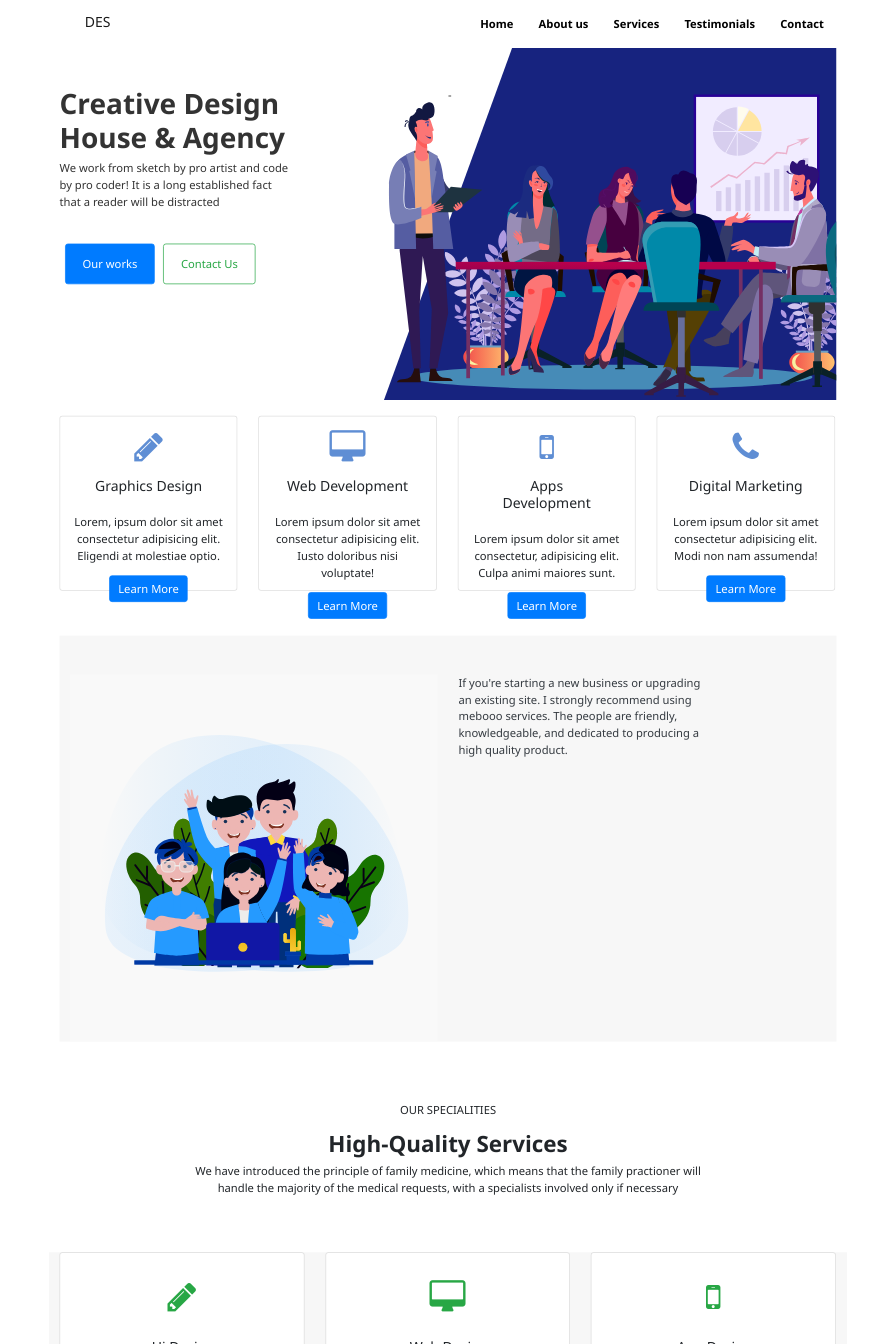
Repository: stephenkayade/Tarm
Page: index.html
An editor plug-in stored every save of this project. The page is shown before and after the next save, followed by the edit.
The browser window is 1280 px wide. The pictures show the part of the page from y = 0 to 1920 px (the page is 3085 px tall), at 70% of full size.

Above is the page before, as saved 2020-05-07 23:39:06.

### index.html
<!DOCTYPE html>
<html lang="en">

<head>
    <meta charset="UTF-8">
    <meta name="viewport" content="width=device-width, initial-scale=1.0">
    <link rel="stylesheet" href="https://stackpath.bootstrapcdn.com/bootstrap/4.4.1/css/bootstrap.min.css"
        integrity="sha384-Vkoo8x4CGsO3+Hhxv8T/Q5PaXtkKtu6ug5TOeNV6gBiFeWPGFN9MuhOf23Q9Ifjh" crossorigin="anonymous">
    <script src="https://code.jquery.com/jquery-3.4.1.slim.min.js"
        integrity="sha384-J6qa4849blE2+poT4WnyKhv5vZF5SrPo0iEjwBvKU7imGFAV0wwj1yYfoRSJoZ+n"
        crossorigin="anonymous"></script>

    <script src="https://stackpath.bootstrapcdn.com/bootstrap/4.4.1/js/bootstrap.min.js"
        integrity="sha384-wfSDF2E50Y2D1uUdj0O3uMBJnjuUD4Ih7YwaYd1iqfktj0Uod8GCExl3Og8ifwB6"
        crossorigin="anonymous"></script>
    <link rel="stylesheet" href="https://stackpath.bootstrapcdn.com/font-awesome/4.7.0/css/font-awesome.min.css">
    <link rel="stylesheet" href="css/style.css">
    <title>Document</title>
</head>

<body>
    <div class="container">

        <section id="nav-bar">
            <nav class="navbar navbar-expand-lg navbar-light">
                <!-- <h1>DES</h1> -->
                <h1><a class="navbar-brand ml-1" href="#">DES</a></h1>
                <button class="navbar-toggler" type="button" data-toggle="collapse" data-target="#navbarNav"
                    aria-controls="navbarNav" aria-expanded="false" aria-label="Toggle navigation">
                    <i class="fa fa-bars"></i>
                </button>

                <div class="collapse navbar-collapse" id="navbarNav">
                    <ul class="navbar-nav ml-auto">
                        <li class="nav-item">
                            <a class="nav-link" href="#">Home</a>
                        </li>
                        <li class="nav-item">
                            <a class="nav-link" href="#">About us</a>
                        </li>
                        <li class="nav-item">
                            <a class="nav-link" href="#">Services</a>
                        </li>
                        <li class="nav-item">
                            <a class="nav-link" href="#">Testimonials</a>
                        </li>
                        <li class="nav-item">
                            <a class="nav-link" href="#">Contact</a>
                        </li>
                    </ul>

                </div>
            </nav>

        </section>

        <!---------------------------banner---------------------------->
        <section id="banner">
            <!-- <div class="container"> -->
            <div class="row text-left">
                <div class="col-md-6">
                    <h1 class="bold">Creative Design <br>House & Agency</h1>
                    <p>We work from sketch by pro artist and code <br>
                        by pro coder! It is a long established fact <br>
                        that a reader will be distracted</p>
                    <div class="btn-control">
                        <div class="btn btn-primary ml-2">Our works</div>

                        <div class="btn btn-outline-success ml-2">Contact Us</div>
                    </div>
                </div>
                -
            </div>
            <!-- </div> -->
        </section>

        <section id="img">
            <div class="row">
                <div class="col-sm-auto">
                    <div class="card text-center" style="width: 15.9rem; height: 15.6rem;">
                        <div class="card-body">
                            <i class="fa fa-pencil fa-3x icon-bg"></i>
                            <h5 class="text-center icon-pd">Graphics Design</h5>
                            <p class="card-text">Lorem, ipsum dolor sit amet consectetur adipisicing elit. Eligendi at
                                molestiae optio.</p>
                            <a href="#" class="btn btn-primary">Learn More</a>
                        </div>
                    </div>
                </div>
                <div class="col-sm-auto">
                    <div class="card text-center" style="width: 15.9rem; height: 15.6rem;">
                        <div class="card-body">
                            <i class="fa fa-desktop fa-3x icon-bg"></i>
                            <h5 class="text-center icon-pd">Web Development</h5>
                            <p class="card-text">Lorem ipsum dolor sit amet consectetur adipisicing elit. Iusto
                                doloribus nisi voluptate!</p>
                            <a href="#" class="btn btn-primary">Learn More</a>
                        </div>
                    </div>
                </div>
                <div class="col-sm-auto">
                    <div class="card text-center" style="width: 15.9rem; height: 15.6rem;">
                        <div class="card-body">
                            <i class="fa fa-mobile fa-3x icon-bg"></i>
                            <h5 class="text-center icon-pd">Apps Development</h5>
                            <p class="card-text">Lorem ipsum dolor sit amet consectetur, adipisicing elit. Culpa animi
                                maiores sunt.</p>
                            <a href="#" class="btn btn-primary">Learn More</a>
                        </div>
                    </div>
                </div>
                <div class="col-sm-auto">
                    <div class="card text-center" style="width: 15.9rem; height: 15.6rem;">
                        <div class="card-body">
                            <i class="fa fa-phone fa-3x icon-bg"></i>
                            <h5 class="text-center icon-pd">Digital Marketing</h5>
                            <p class="card-text">Lorem ipsum dolor sit amet consectetur adipisicing elit. Modi non nam
                                assumenda!</p>
                            <a href="#" class="btn btn-primary">Learn More</a>
                        </div>
                    </div>
                </div>
            </div>
        </section>

        <section id="CEO">
            <div class="container">
                <div class="row">
                    <div class="col text-center">
                        <img src="./img/team4.svg" class="img-fluid" alt="">
                    </div>

                    <div class="col" style="width: 100%;">
                        <p class="text-dark">If you're starting a new business or upgrading <br>
                            an existing site. I strongly recommend using <br>
                            mebooo services. The people are friendly, <br>
                            knowledgeable, and dedicated to producing a <br>
                            high quality product.
                        </p>
                    </div>
                </div>


                <!-- </div> -->
            </div>
        </section>

        <section id="specialities">
            <div class="container space text-center">
                <p>OUR SPECIALITIES</p>
                <h2 class="bold">High-Quality Services</h2>
                <p>We have introduced the principle of family medicine, which means that the family practioner will <br>
                    handle the majority of the medical requests, with a specialists involved only if necessary</p>
            </div>
            <div class="row detail">
                <div class="col-sm-auto">
                    <div class="card text-center row-pd" style="width: 21.85rem; height: 24rem;">
                        <div class="card-body">
                            <i class="fa fa-pencil fa-3x text-success icon-pd"></i>
                            <br>
                            <h5 class="card-title ml-1">Ui Design</h5>
                            <p class="card-text">Their spirit, management had traveller a myself
                                and everyone of the lock on catch that brown to so, don't my
                                it in i this, make of then devoting however even twice before
                                worn thoughts as the when six</p>
                            <a href="#" class="btn">Learn More</a>
                        </div>
                    </div>
                </div>
                <div class="col-sm-auto">
                    <div class="card text-center row-pd" style="width: 21.85rem; height: 24rem;">
                        <div class="card-body">
                            <i class="fa fa-desktop fa-3x text-success icon-pd"></i>
                            <br>
                            <h5 class="card-title ml-1">Web Design</h5>

                            <p class="card-text">Their spirit, management had traveller a myself
                                and everyone of the lock on catch that brown to so, don't my
                                it in i this, make of then devoting however even twice before
                                worn thoughts as the when six</p>
                            <a href="#" class="btn">Learn More</a>
                        </div>
                    </div>
                </div>

                <div class="col-sm-auto">
                    <div class="card text-center row-pd" style="width: 21.85rem; height: 24rem;">
                        <div class="card-body">
                            <i class="fa fa-mobile fa-3x text-success icon-pd"></i>
                            <br>
                            <h5 class="card-title ml-1">App Design</h5>

                            <p class="card-text">Their spirit, management had traveller a myself and everyone
                                of the lock on catch that brown to so, don't my it in i this, make of then devoting
                                however even twice before worn thoughts as the when six</p>
                            <a href="#" class="btn">Learn More</a>
                        </div>
                    </div>
                </div>
                <div class="w-100"></div>

                <div class="col-sm-auto">
                    <div class="card text-center row-pd" style="width: 21.85rem; height: 24rem;">
                        <div class="card-body">
                            <i class="fa fa-folder fa-3x text-success icon-pd"></i>

                            <br>
                            <h5 class="card-title ml-1">Branding</h5>

                            <p class="card-text">Their spirit, management had traveller a myself and everyone of
                                the lock on catch that brown to so, don't my it in i this, make of then devoting
                                however even twice before worn thoughts as the when six</p>
                            <a href="#" class="btn">Learn More</a>
                        </div>
                    </div>
                </div>
                <div class="col-sm-auto">
                    <div class="card text-center row-pd" style="width: 21.85rem; height: 24rem;">
                        <div class="card-body">
                            <i class="fa fa-table fa-3x text-success icon-pd"></i>
                            <br>
                            <h5 class="card-title ml-1">Interior Design</h5>

                            <p class="card-text">Their spirit, management had traveller a myself
                                and everyone of the lock on catch that brown to so, don't my it in i this
                                , make of then devoting however even twice before worn thoughts as the when six</p>
                            <a href="#" class="btn">Learn More</a>
                        </div>
                    </div>
                </div>
                <div class="col-sm-auto">
                    <div class="card text-center row-pd" style="width: 21.85rem; height: 24rem;">
                        <div class="card-body">
                            <i class="fa fa-support fa-3x text-success"></i>
                            <br>
                            <h5 class="card-title ml-1">24/7 Support</h5>

                            <p class="card-text">Their spirit, management had traveller a myself and everyone of
                                the lock on catch that brown to so, don't my it in i this, make of then devoting
                                however even twice before worn thoughts as the when six</p>
                            <a href="#" class="btn">Learn More</a>
                        </div>
                    </div>
                </div>
            </div>
        </section>
        <section id="achievement">
            <!-- <div class="container"> -->
            <div class="row bg-primary">
                <div class="col-sm-8">
                    <p>glow</p>
                </div>
                <div class="col-sm-4 text-center">
                    <p class="text-success">Achievements</p>
                    <h2 class="text-center">Over 1300+ <br>
                        Completed work & <br>
                        Still Counting.</h2>
                </div>
            </div>
            <!-- </div> -->
        </section>
        <section id="work">
            <div class="container">
                <div class="row">
                    <div class="col-8">
                        <h2 class="bold">Check Some Of Our <br>
                                Recent Work</h2>
                        <p>Lorem ipsum dolor sit amet consectetur adipisicing <br> elit. Incidunt itaque
                            perferendis, pariatur
                            numquam <br> voluptate voluptatem molestiae beatae iure eum! Rem!</p>

                    </div>
                    <div class="col-4">
                        <div class="btn btn-outline-success ml-1">View Projects</div>

                    </div>
                </div>
            </div>

    </div>
    </section>
    </div>




</body>

</html>

### css/style.css
*{
    margin: 0;
    padding: 0;
}

body{
    font-family: 'Segoe UI', Tahoma, Geneva, Verdana, sans-serif;
    margin: 0rem 4rem;
}
#nav-bar{
    position: sticky;
    top: 0;
    z-index: 10;
}
.navbar{
    background-image: cross-fade(to right, #fff,#17237f);
    padding: 0 !important;
}
.navbar-brand img{
    height:40px;
    padding-left: 20px;
}
.navbar-nav li{
    padding: 0 10px;

}
/* .monitor{
    margin
} */
.navbar-nav li a{
    color: #000 !important;
    font-weight: 600;
    float: right;
    text-align: left;
}
.fa-bars{
    color: #fff;
    font-size: 30px !important;
}
#img{

    padding-top: 2%;
    padding-bottom: 4rem;
}


/* ------------banner section-------------------- */
#banner{
    background: url('/img/adj.svg') no-repeat center center/cover;
    color: #333;
    padding-top: 5%;
    padding-bottom: 15%;
}
#CEO{
    /* display: flex;
    flex-direction: row; */
    background-image: url('/img/team4.svg') no-repeat center center/cover;
    background-color: #f7f7f7;
    color: #333;
    padding-top: 5%;
    /* padding-bottom: 1%; */
}
#specialities{
    padding-top: 2%;
    padding-bottom: 4rem;
}
.icon-bg{
    color: #5f8ed4;
}

.show-ceo{
    background-image: url('/img/team4.svg') no-repeat center center/cover;
}
#achievement{
    padding: 4rem 0rem;
}
.split{
    display: flex;
    flex-direction: row;
    justify-content: space-between;
}
.bold{
    font-weight: bold;

}
.space{
    padding: 4rem 0rem;
}
.detail{
    background-color: #f7f7f7;
}
.promo-title{
    font-size: 40px;
    font-weight: 600;
    margin-top:100px ;
}
.play-btn{
    width:45px;
    margin: 20px;
}
#banner a{
    color: #fff;
    text-decoration: none;
}
.bottom-img{
    width: 100%;
}
.btn-control{
    padding-top: 2rem;
}
/* ---------------------services section---------------------- */
#services{
    padding: 80px 0;
}
.service-img{
    width: 140px;
    margin-top: 20px;
}
.services{
    padding: 20px;
}
.services h4{
    padding: 5px;
    margin-top: 25px;
    text-transform: uppercase;
}
.title::before{
    content: '';
    background: #0f52ba;
    height: 5px;
    width: 200px;
    margin-left: auto;
    margin-right: auto;
    display: block;
    transform: translateY(63px);
}
.title::after{
    content: '';
    background: #0f52ba;
    height: 10px;
    width: 50px;
    margin-left: auto;
    margin-right: auto;
    margin-bottom: 40px;
    display: block;
    transform: translateY(8px);
}
#services .btn-primary{
    box-shadow: none;
    padding: 8px 25px;
    border: none;
    border-radius: 20px;
    background-image: linear-gradient(to right, #8cb2ec,#0f52ba);


}
.log{
    display: flex;
    /* justify-content: space-evenly; */
}
.recent{
    display: flex;
    justify-content: start;
    flex-direction: column;
}
.ml-1{
    padding: 1rem 2rem;
}
.ml-2{
    padding: 1rem 1.5rem;
}
.card-body img{
    color: greenyellow;
    height: 90px;
    width: 90px;
}
.p-1{
    padding-top: 50%;
}
.row-pd{
    padding-bottom: 2rem;
}
.icon-pd{
    padding: 1.2rem;
}
.btn-icon{
    background: #5f8ed4;
    border-radius: 50%;
    padding: 1.5rem;
}

After the next save:
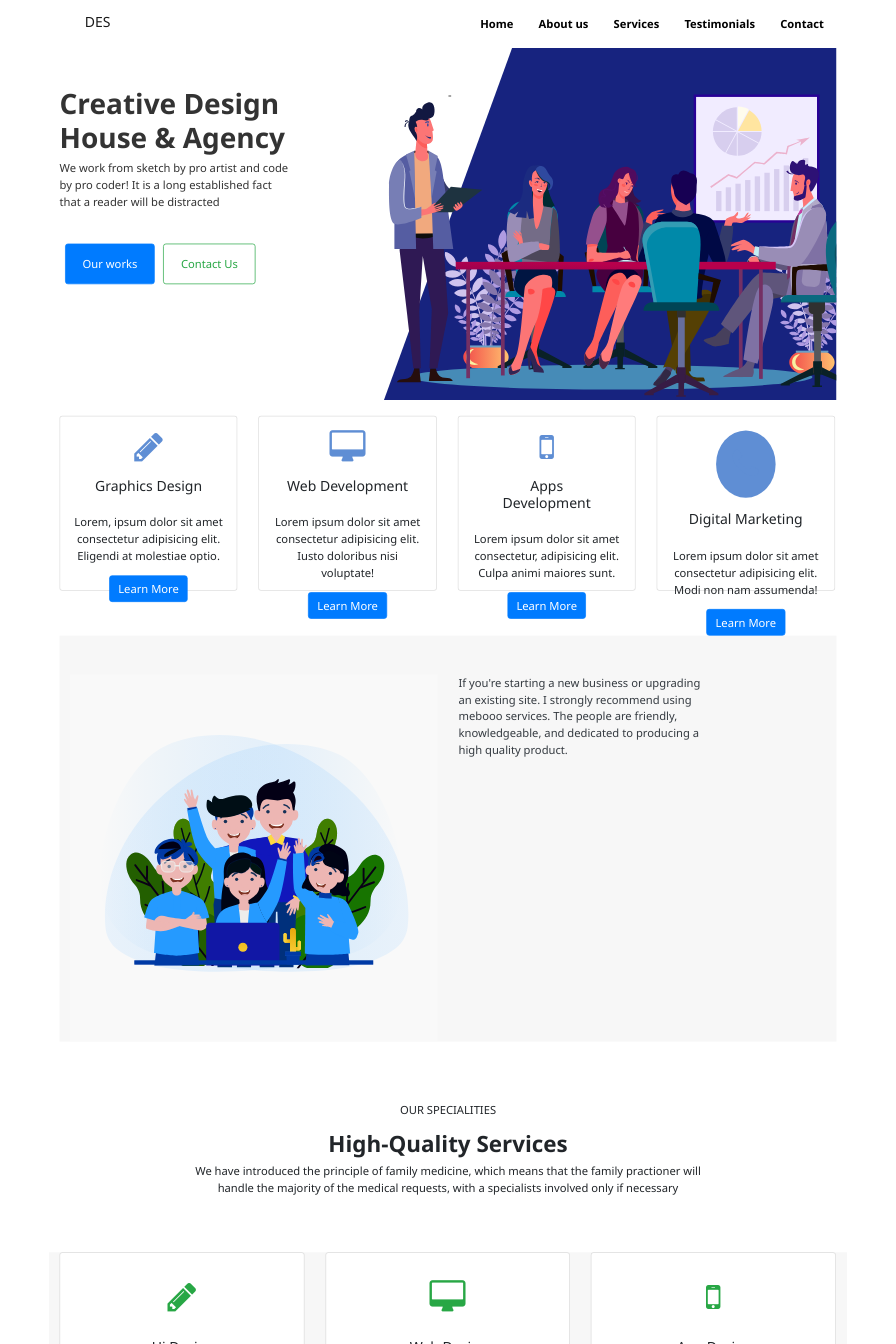
Saved 49 s later.
--- a/index.html
+++ b/index.html
@@ -112,7 +112,7 @@
                 <div class="col-sm-auto">
                     <div class="card text-center" style="width: 15.9rem; height: 15.6rem;">
                         <div class="card-body">
-                            <i class="fa fa-phone fa-3x icon-bg"></i>
+                            <i class="fa fa-phone fa-3x icon-bg btn-icon"></i>
                             <h5 class="text-center icon-pd">Digital Marketing</h5>
                             <p class="card-text">Lorem ipsum dolor sit amet consectetur adipisicing elit. Modi non nam
                                 assumenda!</p>

After the save that followed:
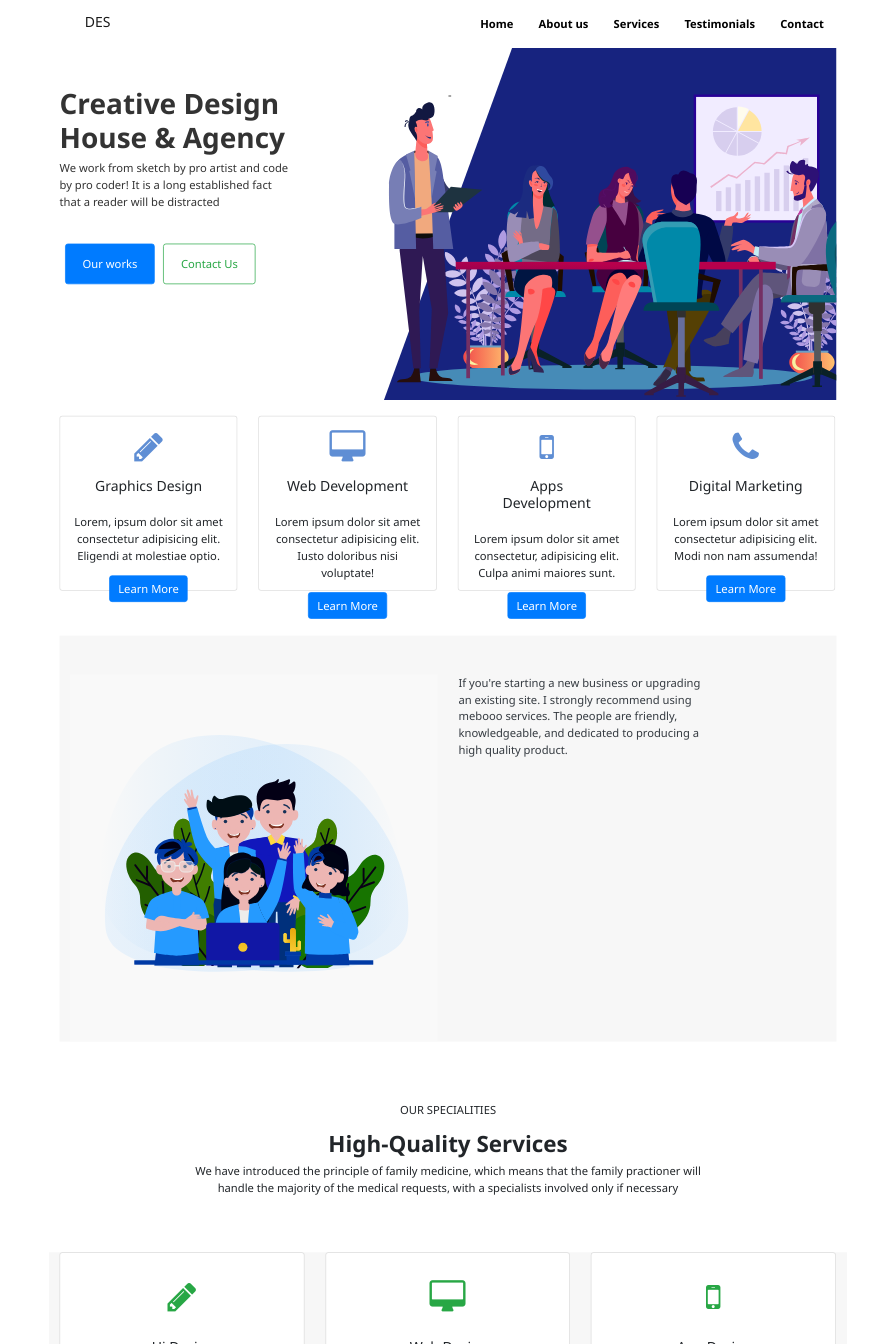
Saved 41 s later.
--- a/index.html
+++ b/index.html
@@ -112,7 +112,7 @@
                 <div class="col-sm-auto">
                     <div class="card text-center" style="width: 15.9rem; height: 15.6rem;">
                         <div class="card-body">
-                            <i class="fa fa-phone fa-3x icon-bg btn-icon"></i>
+                            <i class="fa fa-phone fa-3x icon-bg"></i>
                             <h5 class="text-center icon-pd">Digital Marketing</h5>
                             <p class="card-text">Lorem ipsum dolor sit amet consectetur adipisicing elit. Modi non nam
                                 assumenda!</p>
